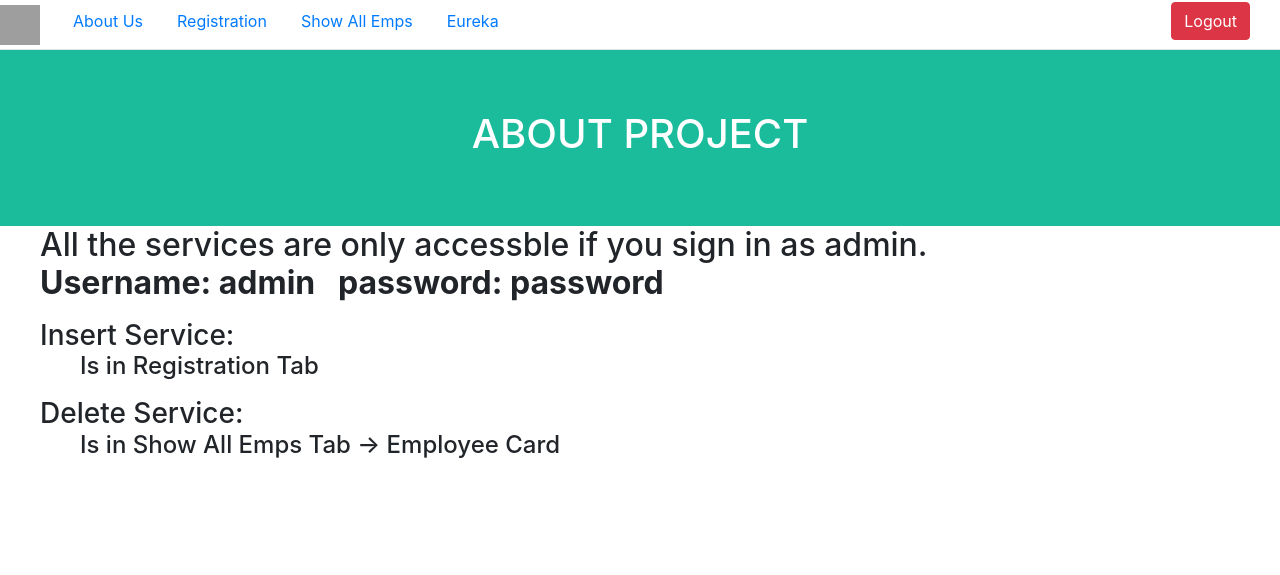
Repository: Shwetank-Chaudhary/EmployeeManagement-
Page: HomePage/src/main/webapp/AboutUs.html
An editor plug-in stored every save of this project. The page is shown before and after the next save, followed by the edit.
The browser window is 1280 px wide. The pictures show the whole page.
Pictures or frames that could not be fetched are drawn as grey boxes.

Above is the page before, as saved 2024-01-01 17:16:48.

After the next save:
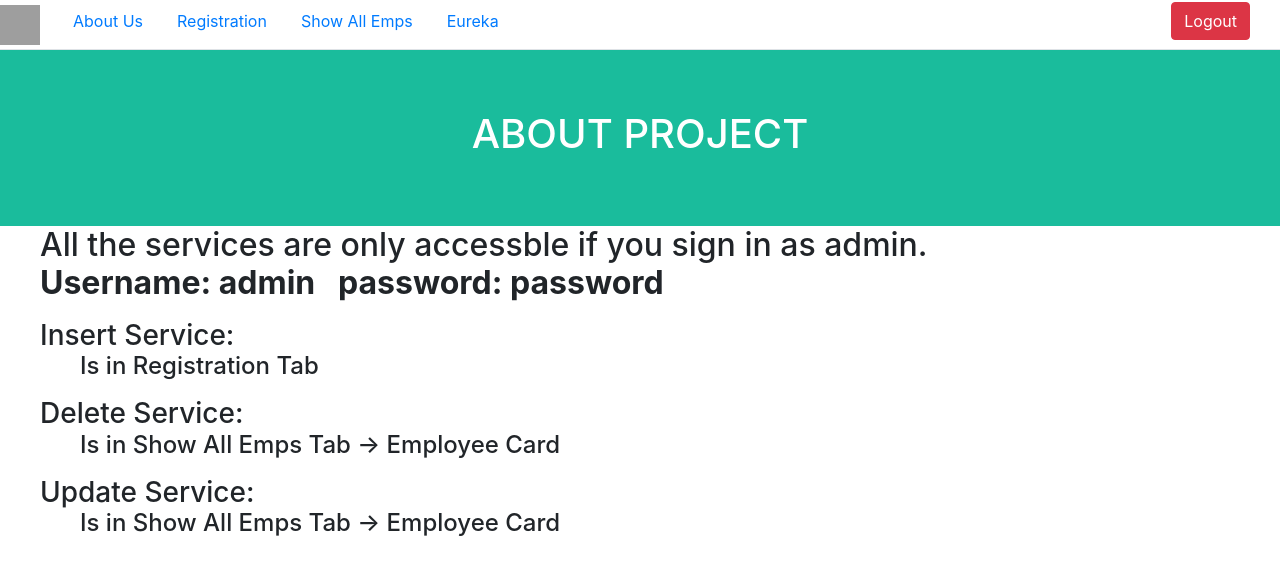
Saved 23 s later.
--- a/HomePage/src/main/webapp/AboutUs.html
+++ b/HomePage/src/main/webapp/AboutUs.html
@@ -65,6 +65,11 @@
 			<ul>Delete Service:
 			<h4><ul>Is in Show All Emps Tab -> Employee Card</ul></h4>
 		</h3>
+
+		<h3>
+			<ul>Update Service:
+			<h4><ul>Is in Show All Emps Tab -> Employee Card</ul></h4>
+		</h3>
 		</div>
 
 </body>
